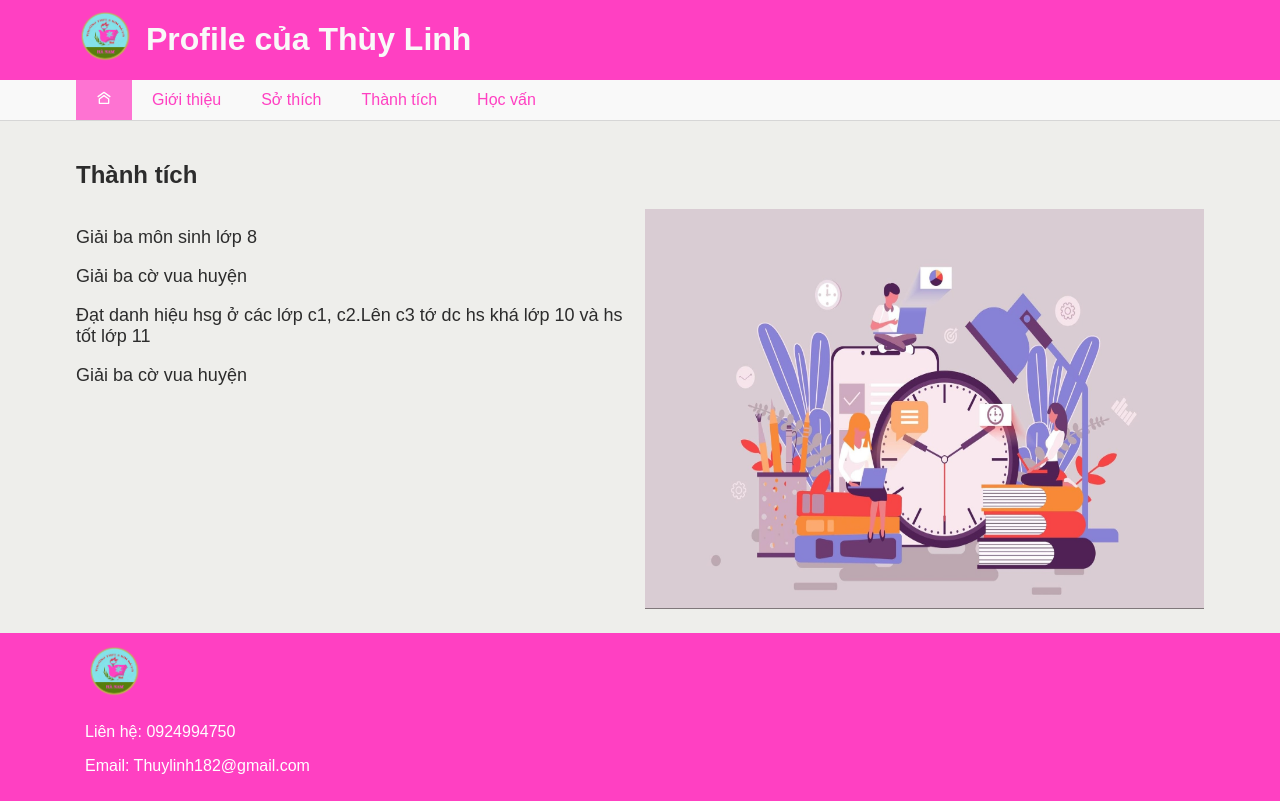
Repository: DucLong-PD07979/profile-vu-thuy-linh
Page: thanh-tich.html
The author's editor kept a copy of each file at every save. The page is drawn from the files as they stood at one save, then again after the next save.
The browser window is 1280 px wide. The pictures show the whole page.

Above is the page before, as saved 2025-03-13 21:55:06.
Not found: script.js

After the next save:
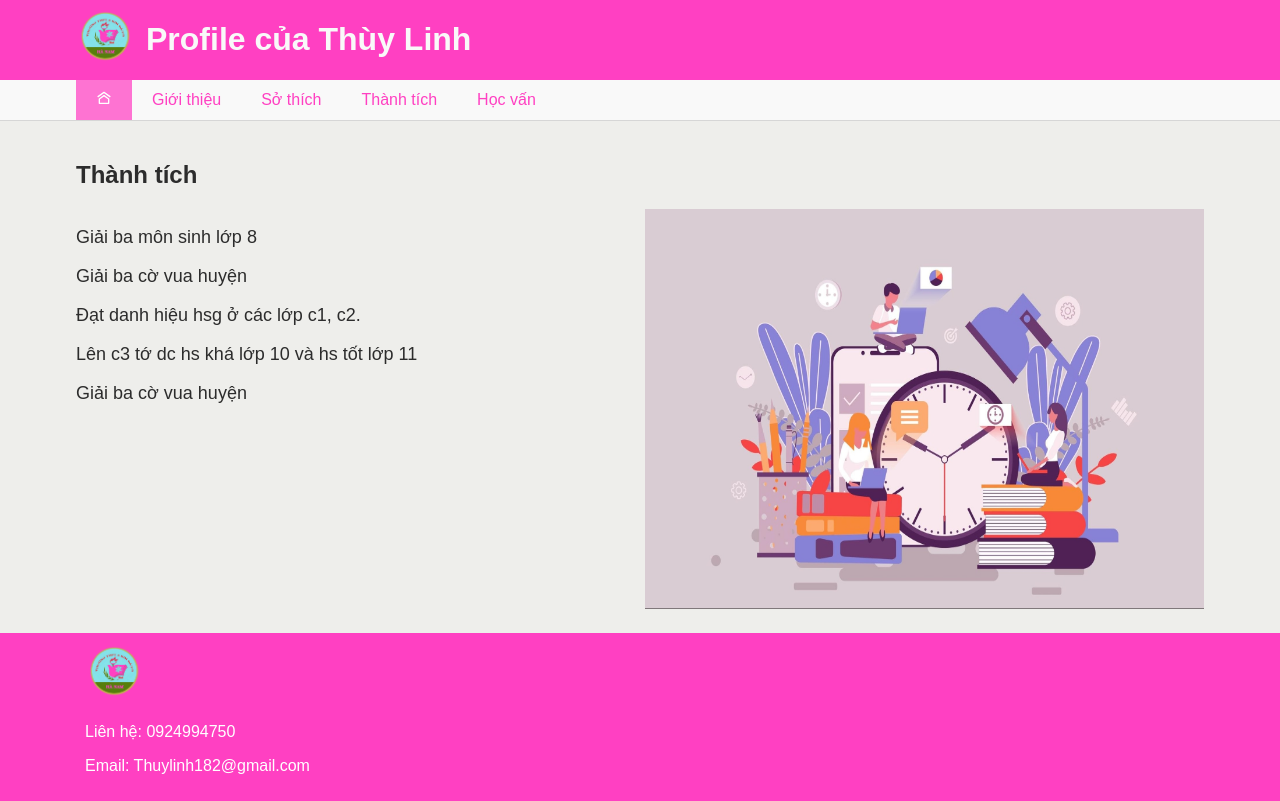
Saved 50 s later.
--- a/thanh-tich.html
+++ b/thanh-tich.html
@@ -58,7 +58,8 @@
                     <div class="box">
                         <p>Giải ba môn sinh lớp 8</p>
                         <p>Giải ba cờ vua huyện</p>
-                        <p>Đạt danh hiệu hsg ở các lớp c1, c2.Lên c3 tớ dc hs khá lớp 10 và hs tốt lớp 11</p>
+                        <p>Đạt danh hiệu hsg ở các lớp c1, c2.</p>
+                        <p>Lên c3 tớ dc hs khá lớp 10 và hs tốt lớp 11</p>
                         <p>Giải ba cờ vua huyện</p>
                     </div>
                     <div class="box">
